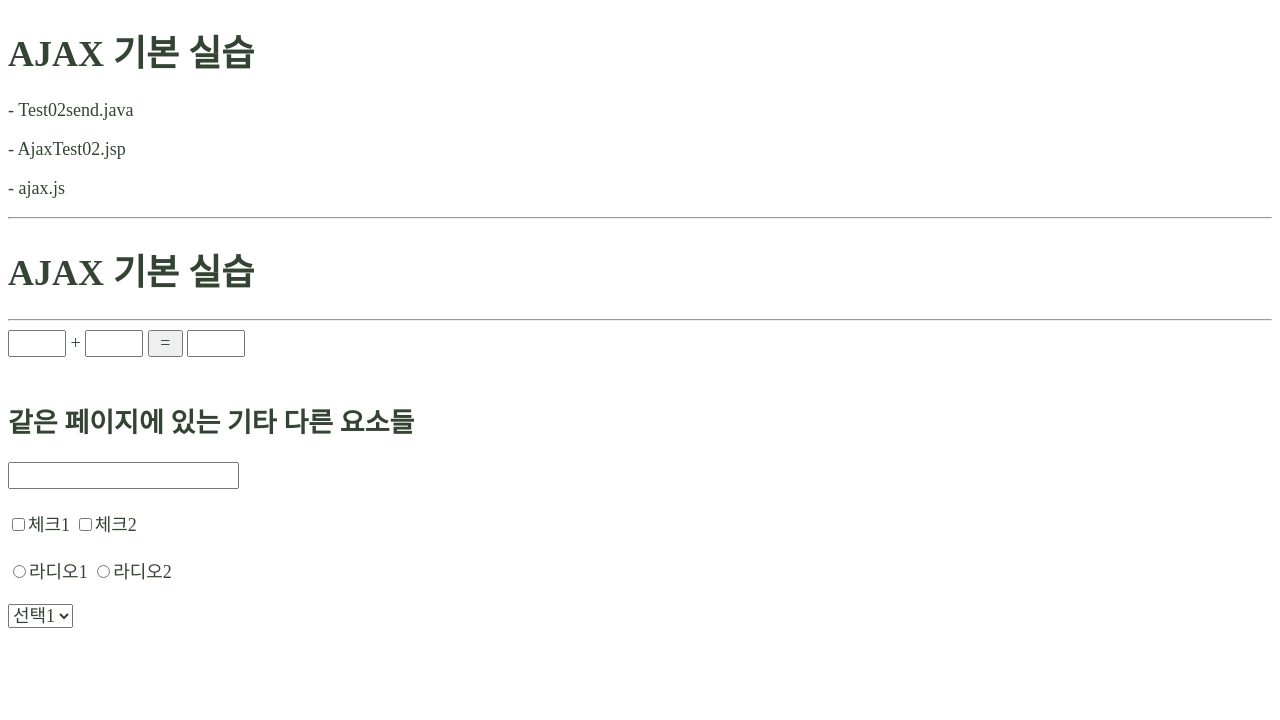
Repository: youngsik0405/Web-study
Page: http://localhost/AjaxApp/WEB-INF/view/AjaxTest02.jsp
These files come from the project's save history. The page is drawn as it stood at one moment and after the next save; the edit follows.
The browser window is 1280 px wide. The pictures show the whole page.
The page is served by Tomcat 9. Nobody is signed in. Other server files are loaded and not shown. The template is opened directly, without the code that normally fills it, so the values that code supplies are empty.

Above is the page before, as saved 2025-01-31 05:01:30.

### AjaxApp/WebContent/WEB-INF/view/AjaxTest02.jsp
<%@ page contentType="text/html; charset=UTF-8"%>
<%@ taglib prefix="c" uri="http://java.sun.com/jsp/jstl/core"%>
<%
	request.setCharacterEncoding("UTF-8");
	String cp = request.getContextPath();
%>
<!DOCTYPE html>
<html>
<head>
<meta charset="UTF-8">
<title>AjaxTest02.jsp</title>
<link rel="stylesheet" type="text/css" href="<%=cp %>/css/main.css">
<style type="text/css">
	.short
	{
		width: 50px;
		text-align: right;
	}

</style>

<script type="text/javascript" src="<%=cp%>/js/ajax.js"></script>
<script type="text/javascript">

	function sum()
	{
		// 확인
		//alert("함수 호출 확인~!!!");

		// 데이터 수집
		var n1 = document.getElementById("num1").value;
		var n2 = document.getElementById("num2").value;

		// URL 구성
		var url = "test02.do?n1=" + n1 + "&n2=" + n2;

		// XMLHttpRequest 객체 생성(→ AJAX 객체) : 스탭 생성
		ajax = createAjax();								//-- ajax.js

		ajax.open("GET", url, true);			// : 스탭한테 어떻게 처리하라고 작업지시서 전달
		//-- 『GET』 : 데이터 전송 및 페이지 요청 방식
		//             (POST 사용 가능. 단, POST 사용 시 헤더 추가 필요)
		//   『url』 : AJAX 요청 페이지
		//             (데이터 수신 및 응답 페이지)
		//   『true』: boolean
		//             true → 비동기, false → 동기. 동기는 사용 안함.
		//-- 실제 서버와의 연결이 아니고
		//   일종의 환경 설정 부분으로 이해하는 것이
		//   (실제 서버 연결은 나중에....)

		// ajax 객체(→ XMLHttpRequest 객체)의 readyState 속성은
		// 각 단계별로 변화되며, 0 부터 4 까지 순차적으로 증가하는 형태로 변화한다.
		// 그 때 마다... 『readystatechange』 이벤트가 발생한다.
		ajax.onreadystatechange = function()	// : 이런 이벤트가 발생할 때마다 체크하셈
		{
			//alert("readyState : " + ajax.readyState);

			// readystatechange 이벤트가 발생한 상황에서...
			// readyState 속성을 확인하여 그 중에서...(0 부터 4 까지의 상태 중에서...)
			// 4 가 되는 순간이 요청했던 서버로부터 응답이 완료된 시점이기 때문에
			// 4 인 경우... 수행해야 할 업무를 진행한다.
			if (ajax.readyState==4)
			{
				// 서버로부터 응답이 완료되었다 하더라도
				// 그 과정에서 데이터가 올바른 것인지 에러 메세지를 받은 것은 아닌지
				// 알 수 없기 때문에 서버로부터 응답받은 코드를 확인한 후
				// 업무를 진행할 수 있도록 처리(구성)한다.
				if (ajax.status==200)
				{
					// 업무 처리
					//-- 업무 코드를 외부로 추출
					callBack();
				}
			}
		};

		ajax.send("");
		//-- 실제 서버에서 AJAX 요청을 한다. (즉, 이 부분이 진짜 연결 작업이다.)
		//   GET 방식으로 데이터를 전송하는 경우... 인자값이 ""
		//   POST 방식으로 데이터를 전송하는 경우... 인자값에 데이터를 넣는다.
		//   현재는 GET 방식의 요청이다. (실무적인 팁으로 비워두는 것은 하지말자.)

	}

	// 추출된 업무 코드
	//-- AJAX 요청이 완료된 후 호출되는 최종 업무 처리 함수
	function callBack()
	{
		// 여기서는 두 가지 방법 중 하나로 데이터를 가져온다.

		// 1. 서버에서 응답한 데이터가 텍스트일 경우(단일 데이터)
		var data = ajax.responseText;		//Test02ok.jsp가 쥐고 있던 result 텍스트값을 받아옴..

		// 2. 서버에서 응답한 데이터가 XML일 경우(다량의 데이터)
		//var data = ajax.responseXML;

		// 서버로부터 수신한 데이터를 업무에 적용한다.
		document.getElementById("result").value = data;

	}

</script>

</head>
<body>

<div>
	<h1>AJAX 기본 실습</h1>
	<p>- Test02send.java</p>
	<p>- AjaxTest02.jsp</p>
	<p>- ajax.js</p>

	<hr>
</div>

<div>
	<h1>AJAX 기본 실습</h1>
	<hr>
</div>

<input type="text" id="num1" class="short">
+
<input type="text" id="num2" class="short">
<input type="button" value=" = " onclick="sum()">
<input type="text" id="result" class="short">

<br><br>

<h2>같은 페이지에 있는 기타 다른 요소들</h2>

<input type="text">
<br><br>

<label><input type="checkbox" name="check" value="check1">체크1</label>
<label><input type="checkbox" name="check" value="check2">체크2</label>
<br><br>

<label><input type="radio" name="rdo" value="rdo1">라디오1</label>
<label><input type="radio" name="rdo" value="rdo2">라디오2</label>
<br><br>

<select id="sel">
	<option value="1">선택1</option>
	<option value="2">선택2</option>
	<option value="3">선택3</option>
</select>
<br><br>

</body>
</html>

### AjaxApp/WebContent/css/main.css
@charset "UTF-8";


/* main.css */

*
{
	font-family: 맑은 고딕;
	color: #334433;
}

body, p, div, span, input, table, th, td, select
{
	font-size: 18px;
}

.control
{
	border: 1px solid gray;
	border-radius: 3px;
}

.table
{
	border-collapse: collapse;
	width: 100%;
}

.table th, .table td
{
	border: 1px solid gray;
	border-left: 0px;
	border-right: 0px;
	padding: 3px;
	line-height: 150%;
}

.table th
{
	font-weight: bold;
	background-color: #eeeeee;
}

.btn
{
	font-weight: bold;
}

.btn:hover
{
	color: white;
	background-color: #778877;
}

### AjaxApp/WebContent/js/ajax.js
/**
 *  ajax.js
 */

//var xmlHttp;
var ajax;

// AJAX 객체(→ XMLHttpRequest 객체) 생성 함수 정의
function createAjax()
{
	/*
	// ActiveXObject 를 지원하는 브라우저라면...
	if (window.ActiveXObject)								//-- IE 7 이전
	{
		return new ActiveXObject("Msxml2.XMLHTTP");
		// return new ActiveXObject("Microsoft.XMLHTTP");	//line15구문과 같은 뜻~!
		//-- 이와 같은 방식으로 XMLHttpRequest 객체를 생성해서 반환하라.
		//   (ActiveXObject 객체 → XMLHttpRequest 객체의 대리 객체)

	}
	else													//-- 그 외 브라우저
	{
		if (window.XMLHttpRequest)							//-- XMLHttpRequest 지원 브라우저
		{
			return new XMLHttpRequest();
			//-- 이와 같은 방식으로 XMLHttpRequest 객체를 생성해서 반환하라.

		}
		else												//-- AJAX 를 지원하지 않는 브라우저
		{
			return null;
		}
	}
	*/

	if (window.XMLHttpRequest)
	{
		return new XMLHttpRequest();

	}
	else if (window.ActiveXObject)
	{
		//return new ActiveXObject("Msxml2.XMLHTTP");
		return new ActiveXObject("Microsoft.XMLHTTP");	//line43구문과 같은 뜻~!
	}
	else
	{
		return null;
	}
}

After the next save:
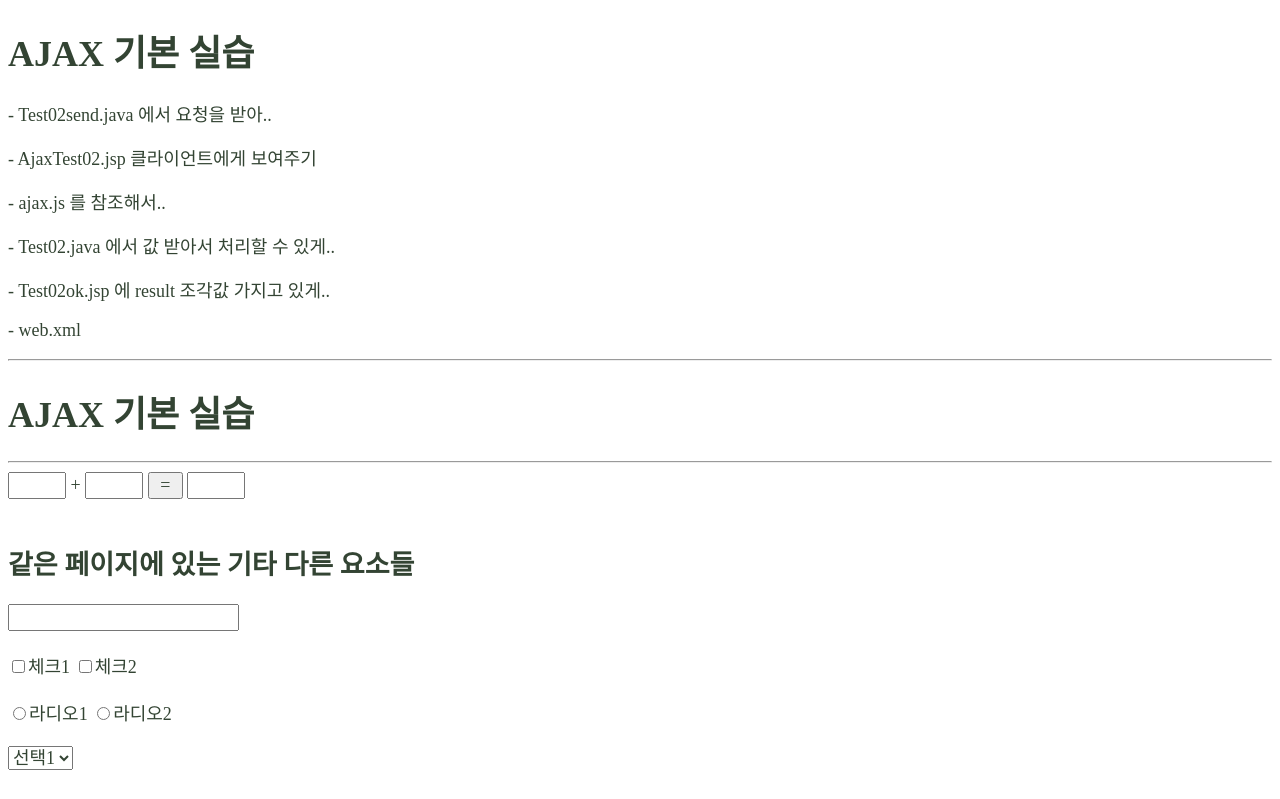
Saved 56 s later.
--- a/AjaxApp/WebContent/WEB-INF/view/AjaxTest02.jsp
+++ b/AjaxApp/WebContent/WEB-INF/view/AjaxTest02.jsp
@@ -106,9 +106,12 @@
 
 <div>
 	<h1>AJAX 기본 실습</h1>
-	<p>- Test02send.java</p>
-	<p>- AjaxTest02.jsp</p>
-	<p>- ajax.js</p>
+	<p>- Test02send.java 에서 요청을 받아..</p>
+	<p>- AjaxTest02.jsp 클라이언트에게 보여주기</p>
+	<p>- ajax.js 를 참조해서..</p>
+	<p>- Test02.java 에서 값 받아서 처리할 수 있게..</p>
+	<p>- Test02ok.jsp 에 result 조각값 가지고 있게..</p>
+	<p>- web.xml</p>
 
 	<hr>
 </div>
